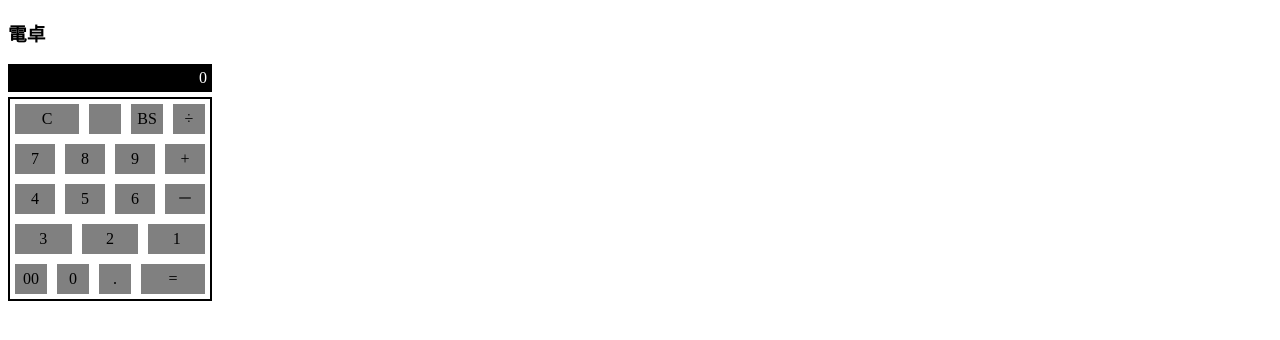
Repository: haya67/jsCalculator
Page: index.html
The author's editor kept a record of every edit. The page is drawn from the files as they stood at one moment, then again after the next edit.
The browser window is 1280 px wide. The pictures show the whole page.
Some web libraries are served in a nearby version.

Above is the page before.

### index.html
 <!DOCTYPE html>
 <html lang="en">
 <head>
 <meta charset="utf-8">
 <script src="https://code.jquery.com/jquery-3.2.1.js" integrity="sha256-DZAnKJ/6XZ9si04Hgrsxu/8s717jcIzLy3oi35EouyE=" crossorigin="anonymous"></script>
 <link rel="stylesheet" href="main.css">
 <title>電卓</title>
 </head>

 <body>
 <h3>電卓</h3>

 <!-- ここに記述していきましょう！ -->
 <div class = "container">

<!--      計算結果を出力する場所-->
      <div id = "output_total" class="output ">0</div>

<!--      計算過程を出力する -->
      <div id = "output_sub" class="output active">0</div>

<!--      ボタンを配置する場所-->
      <div class = 'input'>
          <section class = 'row'>
            <div id = "clear">C</div>
            <div class = "num_bth"></div>
            <div class = "num_bth" id="bs">BS</div>
            <div class = "num_bth cal" data-index-id= '/'>÷</div>
          </section>
          <section class = 'row'>
            <div class = "num_bth one_nine " data-index-id = 7 >7</div>
            <div class = "num_bth one_nine " data-index-id = 8 >8</div>
            <div class = "num_bth one_nine " data-index-id = 9 >9</div>
            <div class = "num_bth cal" data-index-id = '+'>+</div>

          </section>
          <section class = 'row'>
            <div class = "num_bth one_nine " data-index-id = 4 >4</div>
            <div class = "num_bth one_nine " data-index-id = 5 >5</div>
            <div class = "num_bth one_nine " data-index-id = 6 >6</div>
            <div class = "num_bth cal" data-index-id = '-'>－</div>
          </section>
          <section class = 'row'>
            <div class = "num_bth one_nine " data-index-id = 3 >3</div>
            <div class = "num_bth  one_nine" data-index-id = 2 >2</div>
            <div class = "num_bth  one_nine" data-index-id = 1 >1</div>
          </section>
          <section class = 'row'>
            <div class = "num_bth" data-index-id = 00 >00</div>
            <div class = "num_bth" id="zero" data-index-id = 0 >0</div>
            <div class = "num_bth" id="point" data-index-id = . >.</div>
            <div id = 'equal_btn'>=</div>
          </section>
      </div>
    </div>

 <script src="main.js"></script>
 </body>
 </html>

### main.css
.container {
  width: 200px;
}

.output {
  width: 194px;
  text-align: right;
  padding: 5px;
  margin-bottom: 5px;
  color: white;
  background-color: black;
  /*box-sizing: border-box;*/
  display:none;
}

.output.active {
  display:block;
}

.input {
  width:200px;
  border: 2px solid black;
}

.row {
  display: flex;
  justify-content: space-between;
  width: 200px;
}

.num_bth {
  width: 60px;
  height: 30px;
  text-align: center;
  line-height: 30px;
  background: gray;
  cursor: pointer;
  margin: 5px;
}

#clear, #equal_btn{
  width: 120px;
  text-align: center;
  line-height: 30px;
  background: gray;
  cursor: pointer;
  margin: 5px;
}

### main.js
$(document).ready(function(){

    const num_bth = document.querySelectorAll('.num_bth');

    // 計算結果を表示する所
    let output_sub = document.getElementById('output_sub');

    // 計算過程を表示するところ
    const output_total = document.getElementById('output_total');

    // 計算式を表す変数
    let total = 0;

    // // 最初の状態を定義
    let state = 'start';

    // 最初の整数入力モード
    let mode = 'integer_mode';


    // 1~9を押した時
    const one_nine = document.querySelectorAll ('.one_nine');
    one_nine.forEach(index => {
        index.addEventListener('click', () => {
            if(state === 'start') {
                total = index.dataset.indexId;
            }else if (state === 'finish') {
                reset();
                total = index.dataset.indexId;
            }else if (state === 'calculation' ) {
                total += index.dataset.indexId;
            }
            output_sub.textContent = total;
            state = 'calculation'
            // changeOutput()
        });
    });


    // 0を押したとき
    const zero = document.getElementById('zero');
    zero.addEventListener('click', () => {
        if(state === 'start' || state === 'finish' || state === 'calBtn'){
            if(output_sub.textContent.slice(-1) === '0') {
                console('前の文字はゼロ');
                return;
            }
        }

        if(state === 'start') {
            total = zero.dataset.indexId;
        }else {
            total += zero.dataset.indexId;
        }
        output_sub.textContent = total;
    });


    // .を押したとき
    const point = document.getElementById('point');
    point.addEventListener('click' , () => {
        console.log(point.dataset.indexId)
        if(mode === 'decimal_mode') {
            return;
        }
        if (state === 'start' || state === 'finish' ) {
            total = 0;
        }else if(state = 'calBtn') {
            if(output_sub.textContent.slice(-1) !=='0'){
                total += 0;
            }
        }
        total += point.dataset.indexId

        output_sub.textContent = total;
        state = 'calculation';
        mode = 'decimal_mode';

    });

    // +÷-×を押したとき
    const cal = document.querySelectorAll('.cal');
    cal.forEach(index => {
        index.addEventListener('click' , () => {
            if (state === 'start') {
                return;
            }else if(state === 'calculation') {
                total += index.dataset.indexId;
            }else if(state === 'finish') {
                total = output_total.textContent;
                total += index.dataset.indexId;
                output_total.textContent = 0;
            }
            console.log(index.dataset.indexId);
            output_sub.textContent = total;
            state = 'calBtn';
            mode = 'integer_mode';
        });
    });




    // =を押した時
    const equal_btn = document.getElementById('equal_btn');
    equal_btn.addEventListener('click', () => {
        console.log(eval(total));
        output_total.textContent = eval(total);
        state = 'finish';
        mode = 'integer_mode';
    });


    // Cを押した時
    const clear = document.getElementById('clear')
    clear.addEventListener('click' , () =>{
        reset();
    });

    function reset() {
        total = 0;
        output_sub.textContent = 0;
        output_total.textContent = 0;
        mode = 'integer_mode';
    };


    // // 計算過程画面と計算結果画面の切り替え
    function changeOutput() {
        if (state === 'finish') {
            output_total.classList.add('active');
            output_sub.classList.remove('active');
        } else{
            output_sub.classList.add('active');
            output_total.classList.remove('active');
        }
    };





})

After the next edit:
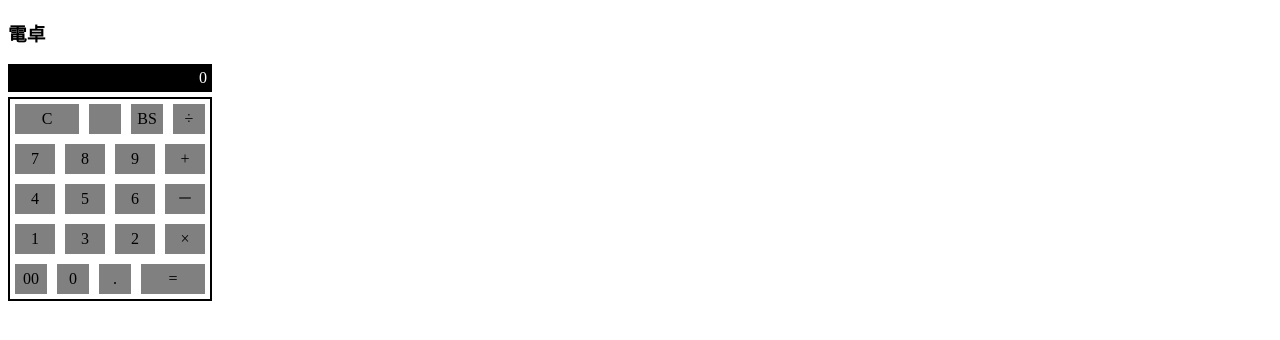
The edit:
--- a/index.html
+++ b/index.html
@@ -41,9 +41,12 @@
             <div class = "num_bth cal" data-index-id = '-'>－</div>
           </section>
           <section class = 'row'>
+            <div class = "num_bth  one_nine" data-index-id = 1 >1</div>
             <div class = "num_bth one_nine " data-index-id = 3 >3</div>
+
             <div class = "num_bth  one_nine" data-index-id = 2 >2</div>
-            <div class = "num_bth  one_nine" data-index-id = 1 >1</div>
+
+            <div class = "num_bth cal" data-index-id = '*'>×</div>
           </section>
           <section class = 'row'>
             <div class = "num_bth" data-index-id = 00 >00</div>
